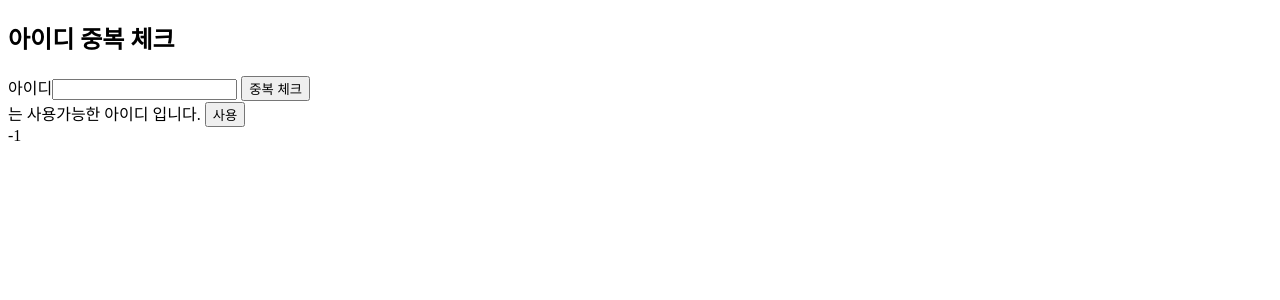
Repository: totesbk/JSP-
Page: http://localhost/web09/idCheck.do
These files come from the project's save history. The page is drawn as it stood at one moment and after the next save; the edit follows.
The browser window is 1280 px wide. The pictures show the whole page.
The page is served by Tomcat 9. Queries for data that is not in the repository find no rows.

Above is the page before, as saved 2020-10-14 02:18:43.

After the next save:
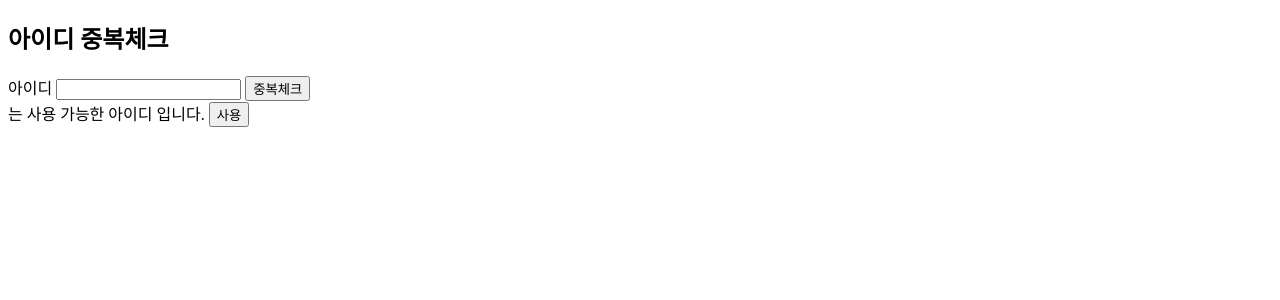
Saved 26 s later.
--- a/web09/WebContent/member/idcheck.jsp
+++ b/web09/WebContent/member/idcheck.jsp
@@ -5,24 +5,24 @@
 <html>
 <head>
 <meta charset="UTF-8">
-<title>아이디 중복 체크</title>
+<title>아이디 중복체크</title>
+<script type="text/javascript" src="script/member.js"></script>
 </head>
 <body>
-<h2>아이디 중복 체크</h2>
-<form action="idCheck.do" method="GET" name="frm">
-	아이디<input type="text" name="userid" value="${userid}">
-	<input type="submit" value="중복 체크"><br>
-	<c:if test="${result==1}"><!-- 중복된 아이디가 있다. -->
-		<script type="text/javascript">
-			opener.document.frm.userid.value="";
-		</script>
-		${userid}는 중복된 아이디입니다.
-	</c:if>
-	<c:if test="${result==-1}"><!-- 중복된 아이디가 없다. -->
-		${userid}는 사용가능한 아이디 입니다.
-		<input type="button" value="사용" class="cancel" onclick="idok(${userid})">
-	</c:if>
+<h2>아이디 중복체크</h2>
+<form action="idCheck.do" method="get" name="frm">
+   아이디 <input type="text" name="userid" value="${userid }">
+   <input type ="submit" value="중복체크"><br>
+   <c:if test="${result==1}"><!-- 중복된 아이디가 있다. -->
+      <script type="text/javascript">
+         opener.document.frm.userid.value=""; //해당 내용 비우기
+      </script>
+      ${userid}는 이미 사용중인 아이디 입니다..
+   </c:if>
+   <c:if test="${result==-1}"><!-- 중복된 아이디가 없다. -->
+      ${userid}는 사용 가능한 아이디 입니다.
+      <input type="button" value="사용" class="cancel" onclick="idok('${userid}')">
+   </c:if>
 </form>
-${result}<br>
 </body>
 </html>
